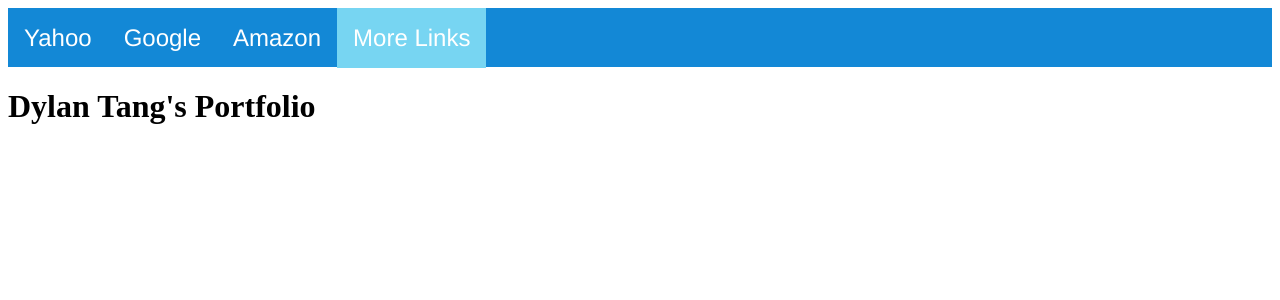
Repository: TangDylan/TangDylan.github.io
Page: index.html
The author's editor kept a record of every edit. The page is drawn from the files as they stood at one moment, then again after the next edit.
The browser window is 1280 px wide. The pictures show the whole page.
The pointer rests on the first visible `.morelinks`.

Above is the page before.

After the next edit:
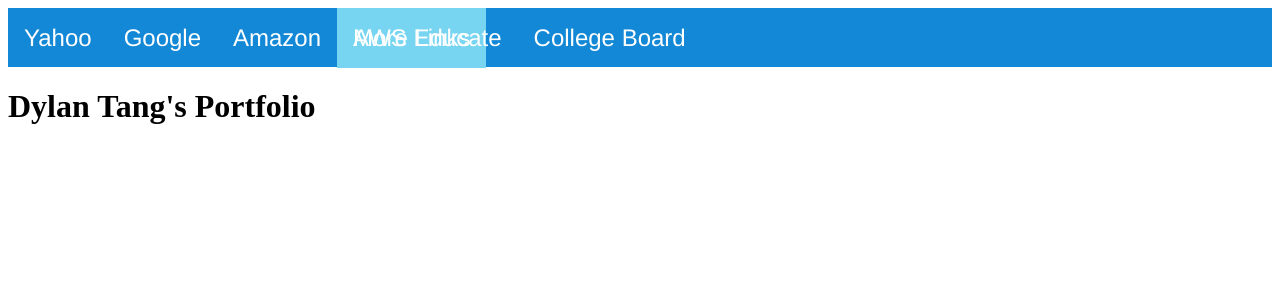
The edit:
--- a/index.html
+++ b/index.html
@@ -24,7 +24,7 @@
         background-color: #77d5f2;
       }
 
-     .morelinks:hover .dropdown-content{
+     .dropdown:hover .dropdown-content{
         display:block;
       }
 
